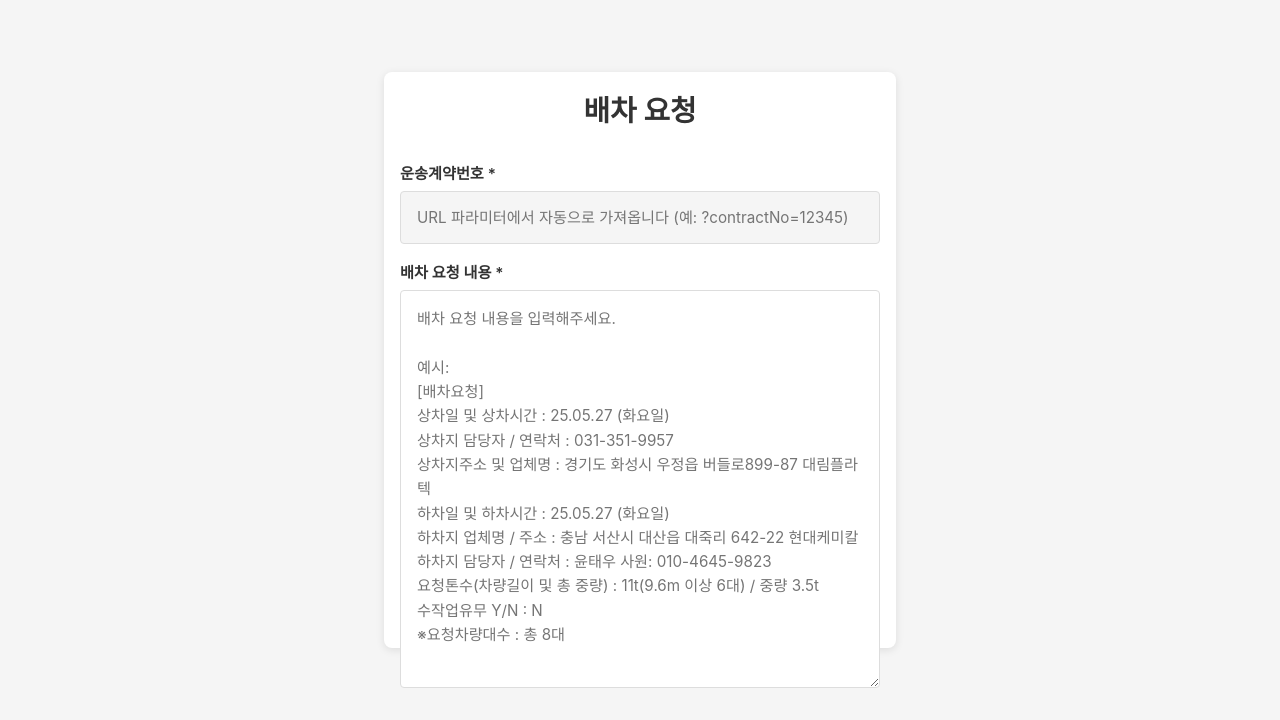
Repository: deul428/logis_transport
Page: / (app in frontend/)
The author's editor kept a copy of each file at every save. The page is drawn from the files as they stood at one save, then again after a run of saves.
The browser window is 1280 px wide. The pictures show the whole page.
The project was rebuilt for these pictures with package versions that can differ from the ones it lists, and the page was loaded fresh each time. Also part of the build but not shown: frontend/src/App.scss.

Above is the page before, as saved 2025-11-13 13:51:14.

### frontend/public/index.html
<!DOCTYPE html>
<html lang="en">
  <head>
    <meta charset="utf-8" />
    <link rel="icon" href="%PUBLIC_URL%/favicon.ico" />
    <meta name="viewport" content="width=device-width, initial-scale=1" />
    <meta name="theme-color" content="#000000" />
    <meta
      name="description"
      content="Web site created using create-react-app"
    />
    <link rel="apple-touch-icon" href="%PUBLIC_URL%/android-icon-192x192.png" />
    <!--
      manifest.json provides metadata used when your web app is installed on a
      user's mobile device or desktop. See https://developers.google.com/web/fundamentals/web-app-manifest/
    -->
    <link rel="manifest" href="%PUBLIC_URL%/manifest.json" />
    <!--
      Notice the use of %PUBLIC_URL% in the tags above.
      It will be replaced with the URL of the `public` folder during the build.
      Only files inside the `public` folder can be referenced from the HTML.

      Unlike "/favicon.ico" or "favicon.ico", "%PUBLIC_URL%/favicon.ico" will
      work correctly both with client-side routing and a non-root public URL.
      Learn how to configure a non-root public URL by running `npm run build`.
    -->
    <title>로지스 운송 오더</title>
  </head>
  <body>
    <div id="root"></div>
    <!--
      This HTML file is a template.
      If you open it directly in the browser, you will see an empty page.

      You can add webfonts, meta tags, or analytics to this file.
      The build step will place the bundled scripts into the <body> tag.

      To begin the development, run `npm start` or `yarn start`.
      To create a production bundle, use `npm run build` or `yarn build`.
    -->
  </body>
</html>

### frontend/src/App.js
import { useState, useEffect } from "react";
import "./App.scss";
import "./styles/transport.scss";

function App() {
  const [contractNo, setContractNo] = useState("");
  const [content, setContent] = useState("");
  const [isSubmitted, setIsSubmitted] = useState(false);

  useEffect(() => {
    // URL에서 계약 번호 파라미터 읽기
    const params = new URLSearchParams(window.location.search);
    const contractNoParam =
      params.get("contractNo") || params.get("contract") || "";

    if (contractNoParam) {
      setContractNo(contractNoParam);
    }
  }, []);

  // 구글 폼 제출
  const handleSubmit = async (e) => {
    e.preventDefault();

    if (!contractNo.trim()) {
      alert(
        "계약 번호가 없습니다. URL에 계약 번호를 포함해주세요. (예: ?contractNo=12345)"
      );
      return;
    }

    if (!content.trim()) {
      alert("배차 요청 내용을 입력해 주세요.");
      return;
    }

    try {
      // 제출 시간 생성 (한국 시간)
      const now = new Date();
      const koreaTimeOffset = 9 * 60; // 한국은 UTC+9
      const koreaTime = new Date(now.getTime() + koreaTimeOffset * 60 * 1000);
      const year = koreaTime.getFullYear();
      const month = String(koreaTime.getMonth() + 1).padStart(2, "0");
      const day = String(koreaTime.getDate()).padStart(2, "0");
      const hours = String(koreaTime.getHours()).padStart(2, "0");
      const minutes = String(koreaTime.getMinutes()).padStart(2, "0");
      const seconds = String(koreaTime.getSeconds()).padStart(2, "0");
      const submitTime = `${year}-${month}-${day} ${hours}:${minutes}:${seconds}`;

      const formData = new FormData();
      // 계약 번호 필드 (구글 폼의 entry ID로 변경 필요)
      formData.append("entry.1271596132", contractNo);
      // 배차 요청 내용 필드 (구글 폼의 entry ID로 변경 필요)
      formData.append("entry.1285765036", content);


      // 구글 폼 URL (실제 구글 폼 URL로 변경 필요)
      const googleFormUrl =
        "https://docs.google.com/forms/d/e/1FAIpQLSepUaIyU7xQX5y7V2-OXf7BZamqW1xnarS4jM8SswiHX2m2rA/formResponse";

      await fetch(googleFormUrl, {
        method: "POST",
        body: formData,
        mode: "no-cors",
      });

      setIsSubmitted(true);
    } catch (err) {
      alert("오류가 발생했습니다. 관리자에게 문의해 주세요.");
      console.error(err);
    }
  };

  const resetForm = () => {
    setContent("");
    setIsSubmitted(false);
  };

  return (
    <div id="transport">
      <div className="cntnt_box">
        <div className="transport_header">
          <h2>배차 요청</h2>
        </div>

        {/* 입력 폼 */}
        {!isSubmitted && (
          <div id="input_area">
            <form id="customForm" onSubmit={handleSubmit}>
              <div className="input_field">
                <label>운송계약번호 *</label>
                <input
                  type="text"
                  value={contractNo}
                  disabled
                  placeholder="URL 파라미터에서 자동으로 가져옵니다 (예: ?contractNo=12345)"
                  style={{
                    backgroundColor: "#f5f5f5",
                    cursor: "not-allowed",
                    color: "#666",
                  }}
                />
              </div>

              <div className="input_field">
                <label>배차 요청 내용 *</label>
                <textarea
                  name="content"
                  rows={15}
                  placeholder={`배차 요청 내용을 입력해주세요.

예시:
[배차요청]
상차일 및 상차시간 : 25.05.27 (화요일)
상차지 담당자 / 연락처 : 031-351-9957
상차지주소 및 업체명 : 경기도 화성시 우정읍 버들로899-87 대림플라텍
하차일 및 하차시간 : 25.05.27 (화요일)
하차지 업체명 / 주소 : 충남 서산시 대산읍 대죽리 642-22 현대케미칼
하차지 담당자 / 연락처 : 윤태우 사원: 010-4645-9823
요청톤수(차량길이 및 총 중량) : 11t(9.6m 이상 6대) / 중량 3.5t
수작업유무 Y/N : N
※요청차량대수 : 총 8대`}
                  value={content}
                  onChange={(e) => setContent(e.target.value)}
                />
              </div>

              <button type="submit">제출하기</button>
            </form>
          </div>
        )}

        {/* 결과 표시 영역 */}
        {isSubmitted && (
          <div id="result_area">
            <h2>접수가 완료되었습니다.</h2>
            <div id="submittedData" className="card">
              <div className="rows row_01">
                <h3>운송계약번호</h3>
                <p>{contractNo || "미입력"}</p>
              </div>
              <div className="rows row_02">
                <h3>배차 요청 내용</h3>
                <p style={{ whiteSpace: "pre-wrap", wordBreak: "break-word" }}>
                  {content}
                </p>
              </div>
            </div>
            <button id="newResponseLink" onClick={resetForm}>
              신규 접수하기
            </button>
          </div>
        )}

        {/* 안내 영역 */}
        {!isSubmitted && (
          <div id="desc_area">
            <div className="info_box">
              <h4>📋 사용 안내</h4>
              <p>
                1. URL에 계약 번호를 포함하여 접근하세요. (예:
                ?contractNo=12345)
                <br />
                2. 배차 요청 내용을 입력한 후 제출 버튼을 클릭하세요.
                <br />
                3. 제출 시간은 자동으로 기록됩니다.
              </p>
            </div>
          </div>
        )}
      </div>
    </div>
  );
}

export default App;

### frontend/src/styles/transport.scss
#transport {
  width: 100dvw;
  height: 100dvh;
  margin: 0 auto;
  min-height: 100vh;
  background-color: #f5f5f5;
  display: flex;
  justify-content: center;
  align-items: center;
  overflow: hidden;

  .cntnt_box {
    padding: 1rem;
    height: calc(80% - 2rem);
    width: calc(40% - 2rem);
    background-color: white;
    border-radius: 8px;
    box-shadow: 0 2px 8px rgba(0, 0, 0, 0.1);

    .transport_header {
      text-align: center;
      margin-bottom: 2rem;

      h2 {
        margin: 0 0 0.2rem;
        font-size: 1.8rem;
        color: #333;
      }
    }

    #input_area {
      margin-bottom: 1rem;
      width: 100%;

      form {
        margin: 0 auto;
        text-align: left;

        .input_field {
          margin-bottom: 1rem;

          label {
            display: block;
            margin-bottom: 8px;
            font-weight: 600;
            color: #333;
            font-size: 0.95rem;
          }

          input,
          textarea {
            font-family: inherit;
            width: 100%;
            padding: 1rem;
            border: 1px solid #ddd;
            border-radius: 0.25rem;
            font-size: 0.95rem;
            box-sizing: border-box;
            transition: border-color 0.3s;

            &:focus {
              outline: none;
              border-color: #5278e7;
            }

            &:disabled {
              background-color: #f5f5f5;
              cursor: not-allowed;
              color: #666;
            }
          }

          textarea {
            resize: vertical;
            min-height: 300px;
            line-height: 1.6;
          }
        }

        button[type="submit"] {
          width: 100%;
          padding: 1rem 0.5rem;
          background-color: #5278e7;
          color: white;
          border: none;
          border-radius: 0.25rem;
          font-size: 1rem;
          font-weight: 600;
          cursor: pointer;
          transition: background-color 0.3s;
          margin-top: 1rem;

          &:hover {
            background-color: #4268d6;
          }

          &:active {
            background-color: #3258c6;
          }
        }
      }
    }

    #result_area {
      margin: -1rem 0 0;
      width: 100%;
      text-align: center;

      h2 {
        margin: 0 0 1rem;
        font-size: 1.5rem;
        color: #333;
      }

      #submittedData {
        text-align: left;
        margin-bottom: 1rem;
        background-color: #f9f9f9;
        border-radius: 0.25rem;
        padding: 1rem;
        box-shadow: none;

        div.rows {
          width: 100%;
          margin-bottom: 1rem;

          &:last-child {
            margin-bottom: 0;
          }

          h3 {
            margin-top: 0;
            margin-bottom: 1rem;
            font-size: 1rem;
            color: #5278e7;
          }

          p {
            white-space: pre-wrap;
            word-break: break-word;
            overflow-wrap: break-word;
            margin: 0;
            color: #333;
            line-height: 1.6;
          }
        }
      }

      #newResponseLink {
        width: 100%;
        padding: 1rem;
        background-color: #6c757d;
        color: white;
        border: none;
        border-radius: 0.25rem;
        font-size: 0.95rem;
        font-weight: 600;
        cursor: pointer;
        transition: background-color 0.3s;
        margin-top: 1rem;

        &:hover {
          background-color: #5a6268;
        }
      }
    }

    #desc_area {
      width: 100%;
      margin-top: 2rem;

      .info_box {
        background-color: #e7f3ff;
        border-left: 0.25rem solid #5278e7;
        padding: 1rem;
        border-radius: 0.25rem;

        h4 {
          margin: 0 0 1rem;
          font-size: 1rem;
          color: #333;
        }

        p {
          margin: 0;
          font-size: 0.9rem;
          color: #555;
          line-height: 1.6;
        }
      }
    }
  }

  /* 반응형 */
  @media (max-width: 768px) {
    padding: 1rem;

    .cntnt_box {
      padding: 1rem;

      .transport_header h2 {
        font-size: 1.5rem;
      }

      #input_area form .input_field textarea {
        min-height: 250px;
      }
    }
  }
}

Loaded but not shown: frontend/src/index.js (common file); frontend/src/index.css (common file); frontend/src/reportWebVitals.js (common file)

After the next 3 saves:
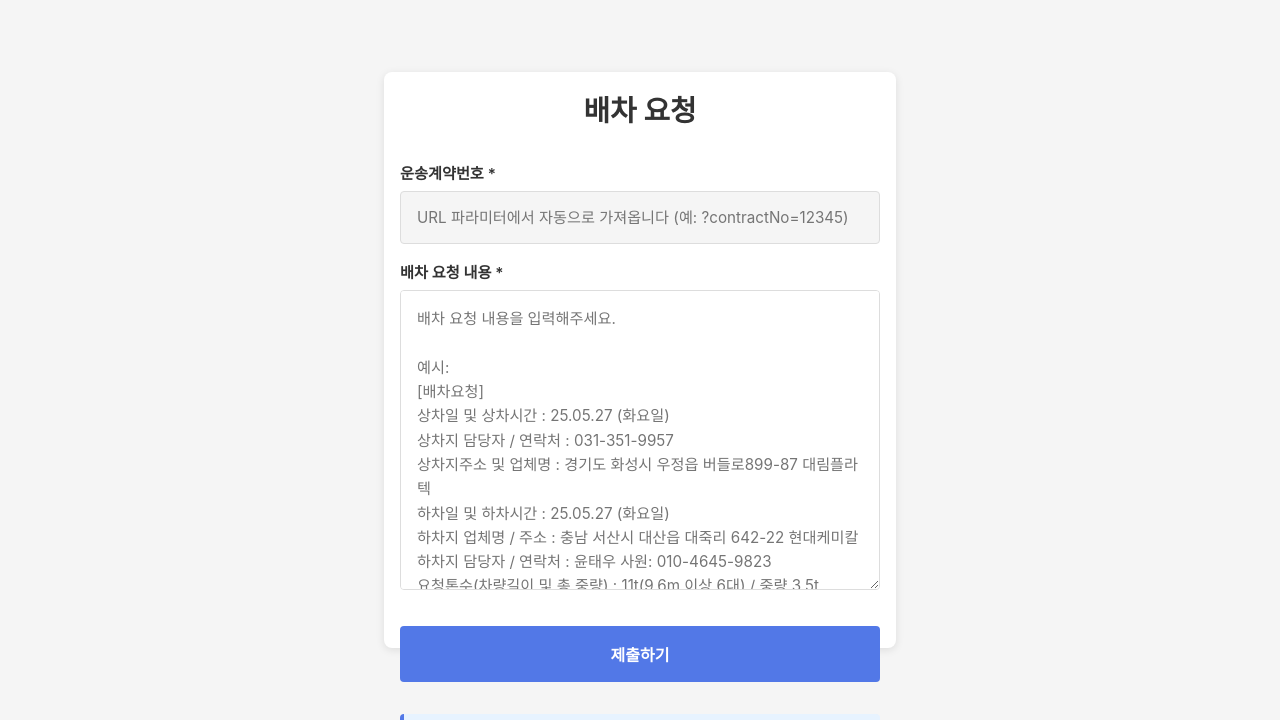
The 3 saves are shown as one change because they came seconds apart.
The last was saved 45 s later.
--- a/frontend/src/App.js
+++ b/frontend/src/App.js
@@ -106,7 +106,7 @@ function App() {
                 <label>배차 요청 내용 *</label>
                 <textarea
                   name="content"
-                  rows={15}
+                  rows={10}
                   placeholder={`배차 요청 내용을 입력해주세요.
 
 예시:
